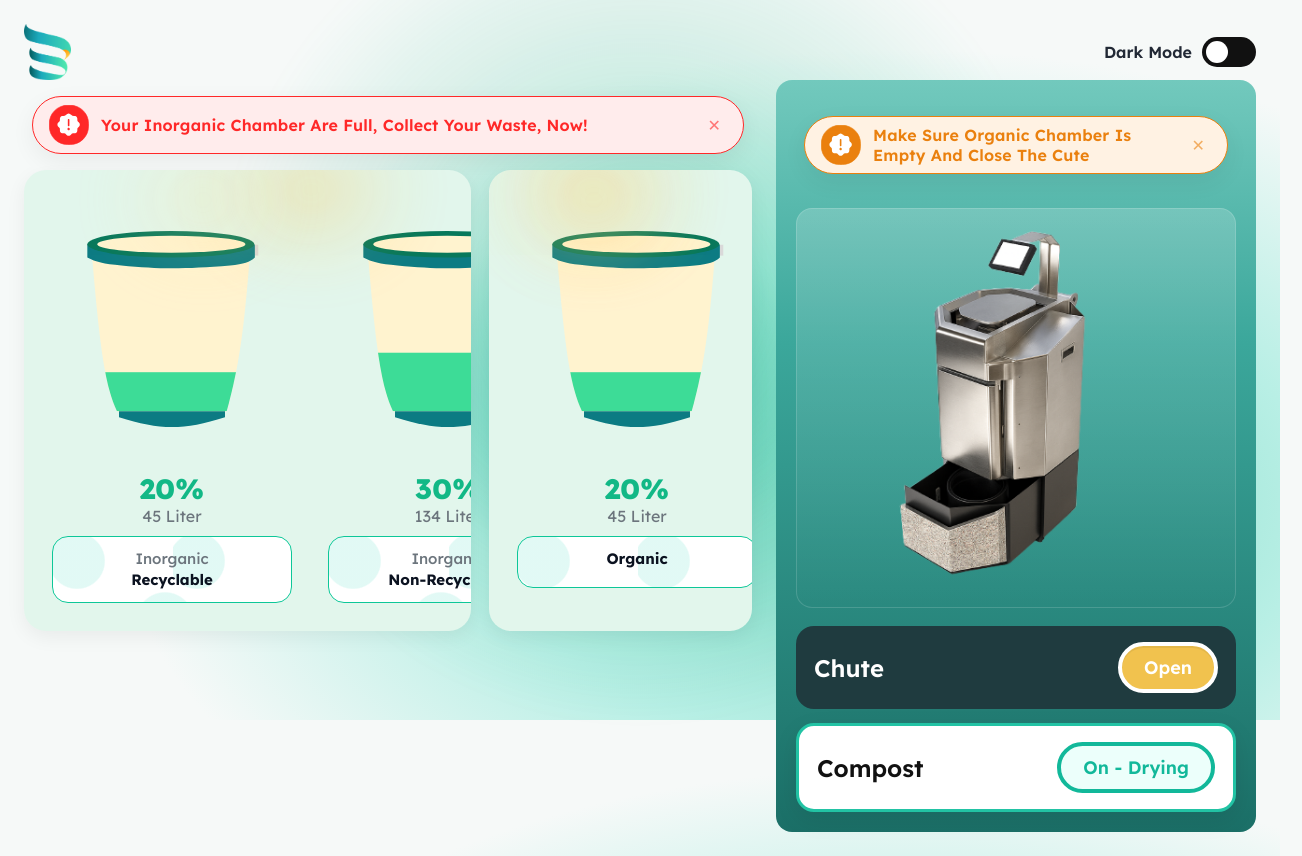
Repository: william-saputra/nusabin
Page: pages/homepage.html
An editor plug-in stored every save of this project. The page is shown before and after the next save, followed by the edit.
The browser window is 1280 px wide. The page is 1302 px wide, so the pictures cover 1302 px, including what lies to the right of the window. The pictures show the whole page.
Backgrounds fixed to the window are drawn as part of the page.

Above is the page before, as saved 2025-08-13 00:51:07.

### pages/homepage.html
<!DOCTYPE html>
<html lang="en">
  <head>
    <meta charset="UTF-8" />
    <meta name="viewport" content="width=device-width, initial-scale=1.0" />
    <title>Nusabin – Homepage</title>
    <link rel="preconnect" href="https://fonts.googleapis.com" />
    <link rel="preconnect" href="https://fonts.gstatic.com" crossorigin />
    <link href="https://fonts.googleapis.com/css2?family=Lexend:wght@400;500;600;700;800&family=Inter:wght@400;500;600;700;800&display=swap" rel="stylesheet" />
    <link rel="stylesheet" href="../styles/base.css" />
    <link rel="stylesheet" href="../styles/pages/homepage.css" />
  </head>
  <body>
    <div class="homepage no-nav">
      <header class="topbar no-nav">
        <img src="../assets/images/green_logo.png" alt="Nusabin" class="logo no-nav" />
        <div class="spacer no-nav"></div>
        <div class="theme-toggle no-nav">
          <span class="label no-nav">Dark Mode</span>
          <label class="switch no-nav">
            <input id="dark-toggle" class="no-nav" type="checkbox" />
            <span class="slider round no-nav"></span>
          </label>
        </div>
      </header>

      <main class="layout">
        <div class="left-col">
          <section class="alerts no-nav">
            <div class="alert pill no-nav" data-variant="danger" data-alert-id="left-alert">
              <img class="alert-icon" src="../assets/icons/red_alert.svg" alt="alert" width="40" height="40" />
              <div class="text no-nav">Your Inorganic Chamber Are Full, Collect Your Waste, Now!</div>
              <button class="close no-nav" data-dismiss>
                <span class="no-nav">&#10005;</span>
              </button>
            </div>
          </section>
          <div class="left-grid clickable-area" data-navigate>
          <div class="card card-buckets">
            <div class="bucket-group">
              <div class="bucket-item" data-id="inorganic_recyclable">
                <svg class="bucket-svg" viewBox="0 0 197 216" aria-labelledby="title-ir" role="img">
                  <title id="title-ir">Inorganic Recyclable</title>
                  <defs>
                    <clipPath id="cupShape-inorganic_recyclable">
                      <path d="M53.3367 175.048C43.8761 154.841 39.492 126.346 33.0561 49.7143L162.041 52.148C157.42 108.314 153.879 136.877 143.383 175.048C107.592 183.612 87.9058 183.201 53.3367 175.048Z" />
                    </clipPath>
                  </defs>
                  <path d="M53.3367 175.048C43.8761 154.841 39.492 126.346 33.0561 49.7143L162.041 52.148C157.42 108.314 153.879 136.877 143.383 175.048C107.592 183.612 87.9058 183.201 53.3367 175.048Z" fill="#FFF3CF" />
                  <rect id="cupFill-inorganic_recyclable" x="0" y="175" width="197" height="0" clip-path="url(#cupShape-inorganic_recyclable)" />
                  <path d="M55 179.937V175H142V179.937C107.725 190.783 88.6686 190.592 55 179.937Z" fill="#0C7B83" />
                  <rect x="166.097" y="38.3571" width="3.2449" height="8.92347" fill="#D9D9D9" />
                  <path d="M29 48.9031V38.3571H166.503V48.9031C162.244 52.8888 157.731 54.2809 146.222 55.3929C109.605 58.2432 89.8065 58.6723 56.9872 55.3929C42.0852 54.0832 36.1288 52.6188 29 48.9031Z" fill="#0C7B83" />
                  <ellipse cx="97.5485" cy="37.9515" rx="68.5485" ry="10.9515" fill="#08785B" />
                  <ellipse cx="97.9541" cy="37.9515" rx="60.8418" ry="6.89541" fill="#FFF3CF" />
                </svg>
                <div class="bucket-metrics">
                  <div class="percent" data-percent>0%</div>
                  <div class="liter" data-liter>0 Liter</div>
                </div>
                <div class="chip chip-2line"><span>Inorganic</span><strong>Recyclable</strong></div>
              </div>

              <div class="bucket-item" data-id="inorganic_non_recyclable">
                <svg class="bucket-svg" viewBox="0 0 197 216" aria-labelledby="title-inr" role="img">
                  <title id="title-inr">Inorganic <br>Non-Recyclable</title>
                  <defs>
                    <clipPath id="cupShape-inorganic_non_recyclable">
                      <path d="M53.3367 175.048C43.8761 154.841 39.492 126.346 33.0561 49.7143L162.041 52.148C157.42 108.314 153.879 136.877 143.383 175.048C107.592 183.612 87.9058 183.201 53.3367 175.048Z" />
                    </clipPath>
                  </defs>
                  <path d="M53.3367 175.048C43.8761 154.841 39.492 126.346 33.0561 49.7143L162.041 52.148C157.42 108.314 153.879 136.877 143.383 175.048C107.592 183.612 87.9058 183.201 53.3367 175.048Z" fill="#FFF3CF" />
                  <rect id="cupFill-inorganic_non_recyclable" x="0" y="175" width="197" height="0" clip-path="url(#cupShape-inorganic_non_recyclable)" />
                  <path d="M55 179.937V175H142V179.937C107.725 190.783 88.6686 190.592 55 179.937Z" fill="#0C7B83" />
                  <rect x="166.097" y="38.3571" width="3.2449" height="8.92347" fill="#D9D9D9" />
                  <path d="M29 48.9031V38.3571H166.503V48.9031C162.244 52.8888 157.731 54.2809 146.222 55.3929C109.605 58.2432 89.8065 58.6723 56.9872 55.3929C42.0852 54.0832 36.1288 52.6188 29 48.9031Z" fill="#0C7B83" />
                  <ellipse cx="97.5485" cy="37.9515" rx="68.5485" ry="10.9515" fill="#08785B" />
                  <ellipse cx="97.9541" cy="37.9515" rx="60.8418" ry="6.89541" fill="#FFF3CF" />
                </svg>
                <div class="bucket-metrics">
                  <div class="percent" data-percent>0%</div>
                  <div class="liter" data-liter>0 Liter</div>
                </div>
                <div class="chip chip-2line"><span>Inorganic</span><strong>Non-Recyclable</strong></div>
              </div>
            </div>
          </div>

          <div class="card card-bucket-single">
            <div class="bucket-item" data-id="organic">
              <svg class="bucket-svg" viewBox="0 0 197 216" aria-labelledby="title-org" role="img">
                <title id="title-org">Organic</title>
                <defs>
                  <clipPath id="cupShape-organic">
                    <path d="M53.3367 175.048C43.8761 154.841 39.492 126.346 33.0561 49.7143L162.041 52.148C157.42 108.314 153.879 136.877 143.383 175.048C107.592 183.612 87.9058 183.201 53.3367 175.048Z" />
                  </clipPath>
                </defs>
                <path d="M53.3367 175.048C43.8761 154.841 39.492 126.346 33.0561 49.7143L162.041 52.148C157.42 108.314 153.879 136.877 143.383 175.048C107.592 183.612 87.9058 183.201 53.3367 175.048Z" fill="#FFF3CF" />
                <rect id="cupFill-organic" x="0" y="175" width="197" height="0" clip-path="url(#cupShape-organic)" />
                <path d="M55 179.937V175H142V179.937C107.725 190.783 88.6686 190.592 55 179.937Z" fill="#0C7B83" />
                <rect x="166.097" y="38.3571" width="3.2449" height="8.92347" fill="#D9D9D9" />
                <path d="M29 48.9031V38.3571H166.503V48.9031C162.244 52.8888 157.731 54.2809 146.222 55.3929C109.605 58.2432 89.8065 58.6723 56.9872 55.3929C42.0852 54.0832 36.1288 52.6188 29 48.9031Z" fill="#0C7B83" />
                <ellipse cx="97.5485" cy="37.9515" rx="68.5485" ry="10.9515" fill="#08785B" />
                <ellipse cx="97.9541" cy="37.9515" rx="60.8418" ry="6.89541" fill="#FFF3CF" />
              </svg>
              <div class="bucket-metrics">
                <div class="percent" data-percent>0%</div>
                <div class="liter" data-liter>0 Liter</div>
              </div>
              <div class="chip chip-2line"><strong>Organic</strong></div>
            </div>
          </div>
          </div>
        </div>

        <aside class="right-panel">
          <section class="alerts no-nav">
            <div class="alert pill no-nav" data-variant="warning" data-alert-id="right-alert">
              <img class="alert-icon" src="../assets/icons/orange_alert.svg" alt="alert" width="40" height="40" />
              <div class="text no-nav">Make Sure Organic Chamber Is Empty And Close The Cute</div>
              <button class="close no-nav" data-dismiss>
                <span class="no-nav">&#10005;</span>
              </button>
            </div>
          </section>
          <div class="machine-wrapper">
            <img src="../assets/images/machine.png" alt="Machine" class="machine" />
          </div>
          <div class="status-panel no-nav">
            <div class="status-row variant-dark no-nav">
              <div class="label no-nav">Chute</div>
              <div class="status-pill pill-open no-nav">Open</div>
            </div>
            <div class="status-row variant-light no-nav">
              <div class="label no-nav">Compost</div>
              <div class="status-pill pill-on no-nav">On - Drying</div>
            </div>
          </div>
        </aside>
      </main>
      <div class="page-bottom-decor" aria-hidden="true"></div>
    </div>

    <script src="../scripts/theme.js"></script>
    <script src="../scripts/main.js"></script>
  </body>
  </html>

### styles/base.css
:root {
  --bg: #f6f9f8;
  --card: #ffffff;
  --text: #0b1220;
  --muted: #6b7280;
  --primary: #1cb59b;
  --danger: #e53935;
  --warning: #ffb74d;
  --ring: rgba(28, 181, 155, 0.35);
}

* { box-sizing: border-box; }
html, body { height: 100%; }
body {
  margin: 0;
  font-family: Lexend, Inter, system-ui, -apple-system, Segoe UI, Roboto, Helvetica, Arial, "Apple Color Emoji", "Segoe UI Emoji";
  color: var(--text);
  background: radial-gradient(1200px 700px at 70% 70%, #7ed8c4 0%, #b8efe5 35%, #f6f9f8 65%) no-repeat fixed;
}

/* Generic layout */
.homepage { padding: 24px; }
.topbar { display: flex; align-items: center; gap: 16px; }
.spacer { flex: 1 1 auto; }
.logo { height: 56px; }

.theme-toggle { display: flex; align-items: center; gap: 10px; font-weight: 600; }
.theme-toggle .label { opacity: 0.9; }

/* Toggle */
.switch { position: relative; display: inline-block; width: 54px; height: 30px; }
.switch input { display: none; }
.slider { position: absolute; cursor: pointer; top: 0; left: 0; right: 0; bottom: 0; background: #111; transition: .2s; border-radius: 999px; }
.slider:before { position: absolute; content: ""; height: 22px; width: 22px; left: 4px; bottom: 4px; background: #fff; transition: .2s; border-radius: 50%; }
input:checked + .slider { background: #cdd2d6; }
input:checked + .slider:before { transform: translateX(24px); }

/* Alerts */
.alerts { display: grid; grid-template-columns: 1fr; gap: 12px; margin: 18px 0; }
.alert { display: grid; grid-template-columns: auto 1fr auto; align-items: center; gap: 12px; padding: 8px 16px; border-radius: 50px; box-shadow: 0 8px 24px rgba(0,0,0,.06); font-family: Lexend, Inter, sans-serif; border: 1px solid currentColor; }
.alert .text { font-weight: 600; letter-spacing: .2px; }
.alert .close { appearance: none; border: 0; background: transparent; cursor: pointer; opacity: 0.6; font-size: 16px; color: inherit; }
.alert.pill[data-variant="danger"] { color: #FF2828; background: #FFECEC; }
.alert.pill[data-variant="warning"] { color: #EA800E; background: #FFF2E3; }
.alert-icon { flex: 0 0 auto; width: 40px; height: 40px; }

/* Align alerts: left and right margins consistent */
.left-col .alerts, .right-panel .alerts { margin: 16px 8px; }

/* Page bottom glow circle */
.page-bottom-decor { position: fixed; left: 50%; bottom: -180px; transform: translateX(-50%); width: 1200px; height: 1200px; border-radius: 50%; background: radial-gradient(closest-side, rgba(18,184,134,0.35), rgba(18,184,134,0) 70%); filter: blur(12px); pointer-events: none; z-index: -1; }

/* Main layout */
.layout { display: grid; grid-template-columns: 1.35fr 480px; gap: 24px; align-items: start; }
.left-col { display: block; }
.left-grid { display: grid; grid-template-columns: 1.7fr 1fr; gap: 18px; }

.card { background: var(--card); border-radius: 22px; padding: 28px; box-shadow: 0 6px 20px rgba(0,0,0,.06); position: relative; overflow: hidden; }
.card::before, .card::after { content: ""; position: absolute; pointer-events: none; border-radius: 50%; filter: blur(40px); opacity: 0.9; }
.card::before { width: 260px; height: 180px; top: -70px; right: 30px; background: radial-gradient(closest-side, rgba(255,189,57,0.55), rgba(255,189,57,0) 70%); }
.card::after  { width: 220px; height: 160px; top: -50px; left: 40%; transform: translateX(-50%); background: radial-gradient(closest-side, rgba(255,225,149,0.55), rgba(255,225,149,0) 70%); }
.card-buckets { display: block; background: #E2F6EC; min-height: 460px; }
.card-bucket-single { display: block; background: #E2F6EC; min-height: 460px; }

.bucket-group { display: grid; grid-template-columns: 1fr 1fr; gap: 36px; justify-items: center; }
.bucket-item { display: grid; justify-items: center; gap: 10px; }
.bucket-svg { width: 100%; max-width: 240px; height: auto; display: block; }
.bucket-static { pointer-events: none; }

.bucket-metrics { text-align: center; }
.bucket-metrics .percent { font-weight: 800; font-size: 28px; color: #12B886; }
.bucket-metrics .percent.danger { color: #F44336; }
.bucket-metrics .liter { color: #6C757D; font-size: 16px; }

.chip { display: inline-flex; flex-direction: column; align-items: center; gap: 4px; padding: 14px 22px; border-radius: 16px; background: #fff; border: 1.5px solid #0DC798; font-size: 22px; line-height: 1.1; min-height: 52px; min-width: 240px; }
.chip span { color: #6C757D; font-weight: 500; }
.chip strong { font-weight: 700; }
.chip-positive strong { color: #12B886; }
.chip-negative strong { color: #F44336; }
.chip {
  background-image: radial-gradient(circle at 20% 20%, rgba(13, 207, 173, 0.12) 0 20%, rgba(13, 207, 173, 0) 21%),
                    radial-gradient(circle at 80% 60%, rgba(13, 207, 173, 0.12) 0 20%, rgba(13, 207, 173, 0) 21%);
  background-size: 120px 120px, 140px 140px;
}

.chip-2line { font-size: 15px; }

.right-panel { display: grid; grid-template-rows: 1fr auto; gap: 18px; }
.right-panel { background: linear-gradient(180deg, #72c9bd 0%, #3ba79b 35%, #1b6f67 100%); padding: 20px; border-radius: 16px; }
.machine-wrapper { display: grid; place-items: center; background: linear-gradient(180deg, rgba(255,255,255,0.18), rgba(255,255,255,0)); border-radius: 16px; min-height: 400px; box-shadow: inset 0 0 0 1px rgba(255,255,255,0.15); }
.machine { max-width: 100%; height: auto; object-fit: contain; transform: scale(1.3); transform-origin: center; }

.status-panel { background: transparent; border-radius: 16px; padding: 0; display: grid; gap: 16px; }
.status-row { display: flex; align-items: center; justify-content: space-between; padding: 16px 18px; border-radius: 18px; }
.status-row .label { font-weight: 600; font-size: 24px; }
.status-row.variant-dark { background: #1f3b3f; color: #ffffff; }
.status-row.variant-light { background: #ffffff; color: #111; border: 3px solid #22c3a4; box-shadow: 0 8px 24px rgba(0,0,0,.08); }
.status-pill { border-radius: 999px; padding: 10px 22px; font-weight: 600; font-size: 18px; }
.pill-open { background: #f1c24e; color: #ffffff; border: 4px solid #ffffff; box-shadow: 0 2px 0 rgba(0,0,0,.06) inset; }
.pill-on { background: #ecfffb; color: #12b89a; border: 4px solid #12b89a; }

.clickable-area { cursor: pointer; }

/* Decorative half-circle with glow on the left bottom */
.left-col { position: relative; }
.left-col::after { content: ""; position: absolute; left: 50%; transform: translateX(-10%); bottom: -40px; width: 560px; height: 560px; border-bottom-left-radius: 560px; border-bottom-right-radius: 560px; border-top-left-radius: 560px; border-top-right-radius: 560px; background: radial-gradient(closest-side, rgba(28,181,155,0.55), rgba(28,181,155,0) 70%); filter: blur(6px); z-index: -1; }
.left-col::before { content: ""; position: absolute; left: 40%; transform: translateX(-50%); bottom: 20px; width: 380px; height: 220px; border-radius: 380px 380px 0 0; background: radial-gradient(closest-side, rgba(60,220,178,0.7), rgba(60,220,178,0) 70%); filter: blur(20px); z-index: -1; }

/* Dark mode */
.dark body, body.dark { background: radial-gradient(1200px 700px at 70% 70%, #0e3c3b 0%, #0f6b61 35%, #071b1a 65%); color: #e5f6f1; }
body.dark .card, body.dark .status-panel { background: #0a1414; color: #e6f5f1; }
body.dark .chip { background: #08201c; border-color: #0f3f36; }
body.dark .bucket-metrics .percent { color: #55e3c7; }
body.dark .status-row { background: #051010; }
body.dark .status-pill { background: #0b2a26; }

/* Utilities for specific wrappers that shouldn't navigate */
.no-nav { pointer-events: auto; }

@media (max-width: 1100px) {
  .layout { grid-template-columns: 1fr; }
  .right-panel { order: -1; }
}

### styles/pages/homepage.css
/* Page-specific fine-tuning for Homepage */
.homepage .card-buckets { background: #E2F6EC; }
.homepage .card-bucket-single { background: #E2F6EC; }

.homepage .bucket-item .bucket { filter: drop-shadow(0 10px 24px rgba(0,0,0,.08)); }
.homepage .bucket-item .percent { letter-spacing: .3px; }

.right-panel .status-panel { gap: 14px; }

@media (max-width: 1100px) {
  .homepage .bucket-svg { max-width: 180px; }
}

### scripts/theme.js
(function () {
  const toggle = document.getElementById('dark-toggle');
  if (!toggle) return;

  const apply = (isDark) => {
    document.body.classList.toggle('dark', isDark);
    try { localStorage.setItem('theme-dark', isDark ? '1' : '0'); } catch (_) {}
  };

  // Restore previous preference
  let stored = null;
  try { stored = localStorage.getItem('theme-dark'); } catch (_) {}
  apply(stored === '1');
  toggle.checked = stored === '1';

  toggle.addEventListener('change', () => apply(toggle.checked));
})();

### scripts/main.js
(function () {
  const root = document;

  // Navigate to detail when clicking anywhere on the left grid
  const clickable = root.querySelector('.clickable-area');
  if (clickable) {
    clickable.addEventListener('click', function (ev) {
      const target = ev.target;
      if (target && (target.closest('[data-dismiss]') || target.closest('.switch') || target.closest('.status-panel') || target.closest('.alerts'))) return;
      window.location.href = '../pages/detail.html';
    });
  }

  // Close alert buttons
  root.querySelectorAll('[data-dismiss]').forEach((btn) => {
    btn.addEventListener('click', (e) => {
      e.stopPropagation();
      const alert = btn.closest('.alert');
      if (alert) alert.remove();
    });
  });

  // Example: programmatic update of alert colors (kept for future use)
  function setAlertVariant(id, variant) {
    const el = root.querySelector('[data-alert-id="' + id + '"]');
    if (!el) return;
    el.setAttribute('data-variant', variant);
    const rect = el.querySelector('g > rect');
    if (rect) rect.setAttribute('fill', variant === 'danger' ? '#FF2828' : '#EA800E');
  }

  // Data dummy hardcoded
  const data = {
    inorganic_recyclable: { level: 20, volume: 45 },
    inorganic_non_recyclable: { level: 30, volume: 134 },
    organic: { level: 20, volume: 45 }
  };

  // Update function per spec
  function updateFill(binId, percent, volumeLiters) {
    const rect = root.getElementById('cupFill-' + binId);
    if (!rect) return;
    // Using actual bucket.svg coordinates: baseY aligns with ~175 (bottom of cup path), contentHeight approximated to inner cup height
    const contentHeight = 160; // adjustable based on real cup inner height
    const baseY = 175;
    const p = Math.max(0, Math.min(100, percent));
    const newHeight = (p / 100) * contentHeight;
    const newY = baseY - newHeight;
    rect.setAttribute('height', String(newHeight));
    rect.setAttribute('y', String(newY));
    rect.setAttribute('fill', p >= 70 ? '#F04438' : '#3DDC97');

    const item = root.querySelector('.bucket-item[data-id="' + binId + '"]');
    if (!item) return;
    const percentEl = item.querySelector('[data-percent]');
    const literEl = item.querySelector('[data-liter]');
    if (percentEl) {
      percentEl.textContent = p + '%';
      percentEl.classList.toggle('danger', p >= 70);
    }
    if (literEl) literEl.textContent = volumeLiters + ' Liter';
  }

  // Initialize
  Object.entries(data).forEach(([id, val]) => {
    updateFill(id, val.level, val.volume);
  });
})();

After the next save:
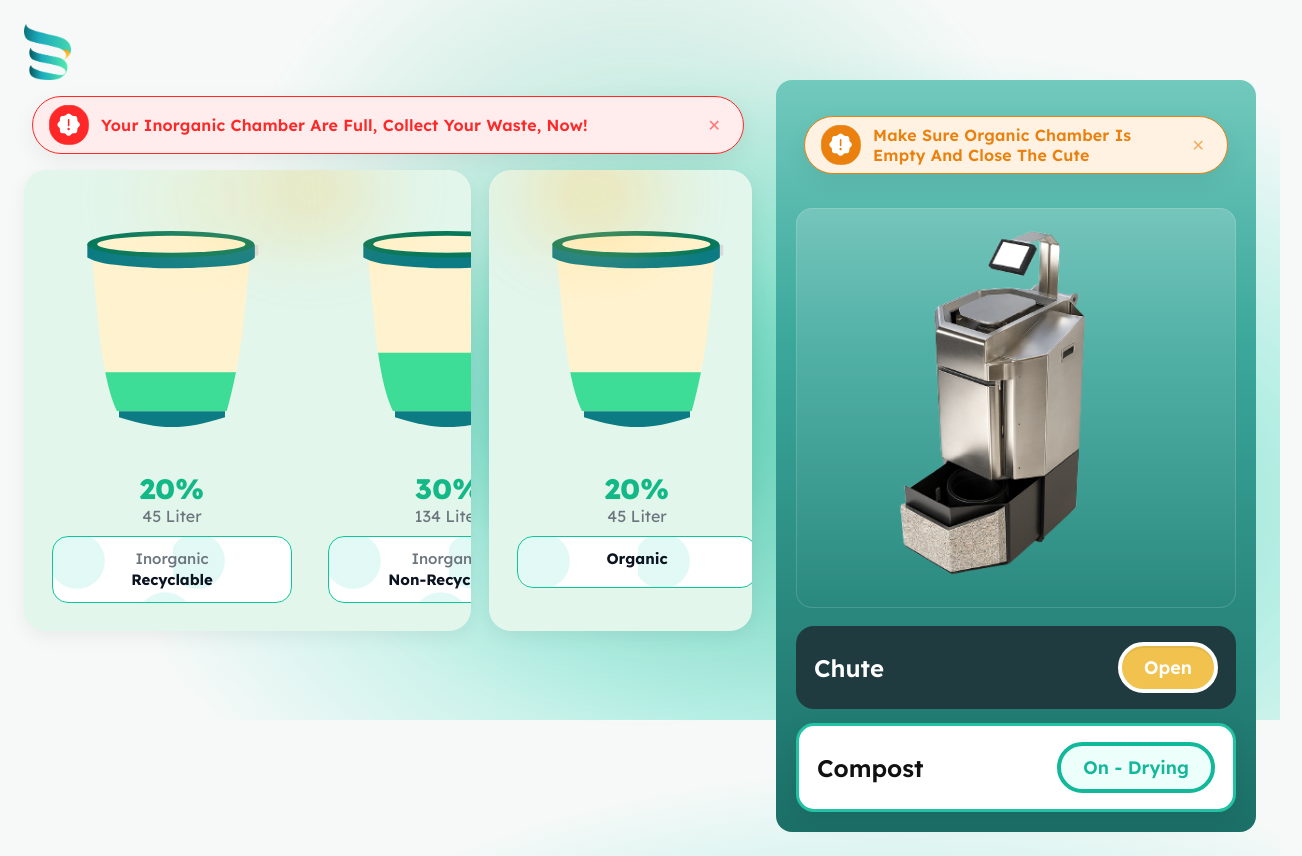
Saved 8 s later.
--- a/pages/homepage.html
+++ b/pages/homepage.html
@@ -15,13 +15,7 @@
       <header class="topbar no-nav">
         <img src="../assets/images/green_logo.png" alt="Nusabin" class="logo no-nav" />
         <div class="spacer no-nav"></div>
-        <div class="theme-toggle no-nav">
-          <span class="label no-nav">Dark Mode</span>
-          <label class="switch no-nav">
-            <input id="dark-toggle" class="no-nav" type="checkbox" />
-            <span class="slider round no-nav"></span>
-          </label>
-        </div>
+        <div></div>
       </header>
 
       <main class="layout">
@@ -141,7 +135,6 @@
       <div class="page-bottom-decor" aria-hidden="true"></div>
     </div>
 
-    <script src="../scripts/theme.js"></script>
     <script src="../scripts/main.js"></script>
   </body>
   </html>
